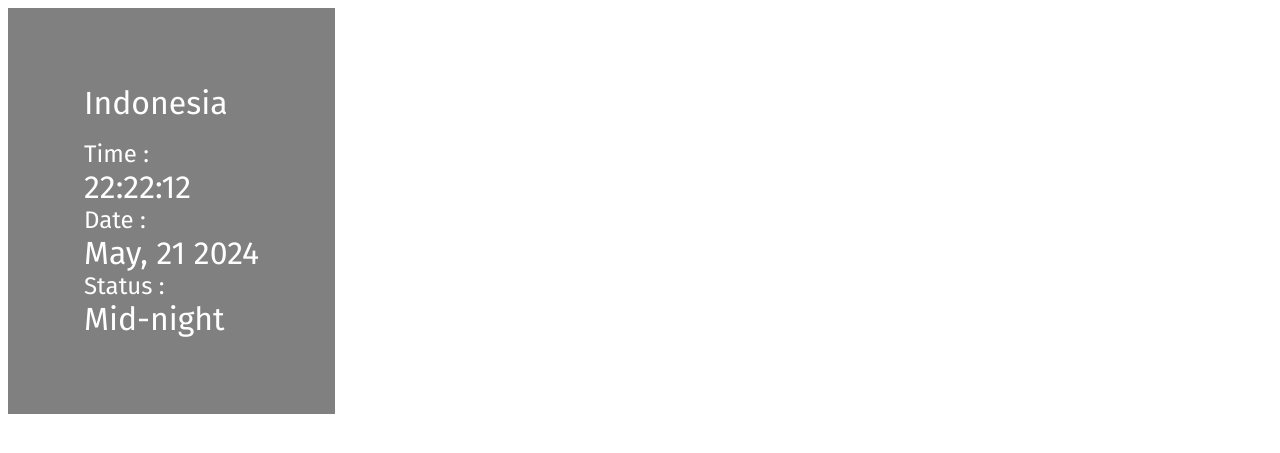
Repository: SnakeXrnt/notion-clock
Page: indonesia.html
These files come from the project's save history. The page is drawn as it stood at one moment and after the next save; the edit follows.
The browser window is 1280 px wide. The pictures show the whole page.

Above is the page before, as saved 2024-05-21 16:12:42.

### indonesia.html
<!DOCTYPE html>
<html lang="en">
<head>
    <meta charset="UTF-8">
    <meta name="viewport" content="width=device-width, initial-scale=1.0">
    <title>Indonesia</title>
    <link rel="preconnect" href="https://fonts.googleapis.com">
    <link rel="preconnect" href="https://fonts.gstatic.com" crossorigin>
    <link href="https://fonts.googleapis.com/css2?family=Fira+Sans:ital,wght@0,100;0,200;0,300;0,400;0,500;0,600;0,700;0,800;0,900;1,100;1,200;1,300;1,400;1,500;1,600;1,700;1,800;1,900&display=swap" rel="stylesheet">
    <style>
        h1, h2, h3 {
            margin: 0px;
            font-family: "Fira Sans", sans-serif;
            font-weight: 400;
            font-style: normal;
            color: white;
        }

        .box {
            display: flex;
            flex-direction: column;
            width: max-content;
            height: max-content;
            border: 6vw solid grey;
            background-color: grey;
            border-radius: ;

        }
    </style>
    <script>
        function updateTime() {
            const timeElement = document.querySelector('.time');
            const dateElement = document.querySelector('.date');
            const statusElement = document.querySelector('.status');

            const now = new Date();
            const options = { timeZone: 'Asia/Jakarta' };
            const jakartaTime = new Date(now.toLocaleString('en-US', options));

            const hours = jakartaTime.getHours();
            const minutes = jakartaTime.getMinutes();
            const seconds = jakartaTime.getSeconds();

            timeElement.innerHTML = `${hours}:${minutes < 10 ? '0' : ''}${minutes}<span class="blink">:</span>${seconds < 10 ? '0' : ''}${seconds}`;

            const monthNames = ["January", "February", "March", "April", "May", "June", "July", "August", "September", "October", "November", "December"];
            const month = monthNames[jakartaTime.getMonth()];
            const date = jakartaTime.getDate();
            const year = jakartaTime.getFullYear();

            dateElement.innerHTML = `${month}, ${date} ${year}`;

            const hourOfDay = jakartaTime.getHours();
            let status = '';
            if (hourOfDay >= 5 && hourOfDay < 12) {
                status = 'Morning';
            } else if (hourOfDay >= 12 && hourOfDay < 15) {
                status = 'Mid-day';
            } else if (hourOfDay >= 15 && hourOfDay < 18) {
                status = 'Afternoon';
            } else if (hourOfDay >= 18 && hourOfDay < 21) {
                status = 'Evening';
            } else {
                status = 'Mid-night';
            }

            statusElement.innerHTML = status;

            // Toggle blink class
            const blinkElements = document.querySelectorAll('.blink');
            blinkElements.forEach(element => {
                element.classList.toggle('hidden');
            });
        }

        setInterval(updateTime, 1000); // Update every second
    </script>
</head>
<body>
    <div class="box">
        <h1>Indonesia</h1>
        <br>
        <h2>Time :</h2>
        <h1 class="time"></h1>
        <h2>Date :</h2>
        <h1 class="date"></h1>
        <h2>Status : </h2>
        <h1 class="status"></h1>

    </div>
</body>
</html>

After the next save:
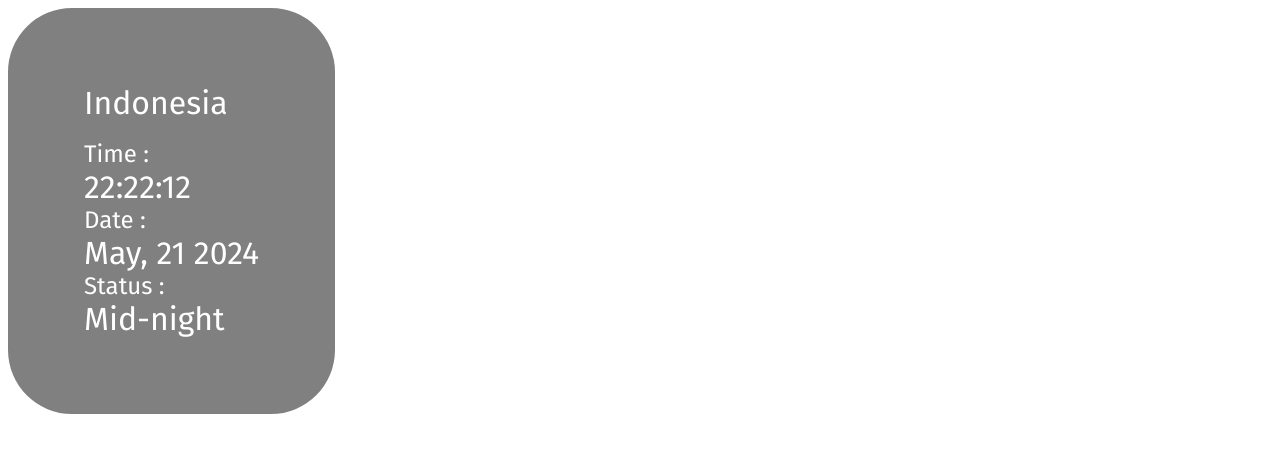
Saved 5 s later.
--- a/indonesia.html
+++ b/indonesia.html
@@ -23,7 +23,7 @@
             height: max-content;
             border: 6vw solid grey;
             background-color: grey;
-            border-radius: ;
+            border-radius: 5vw;
 
         }
     </style>
